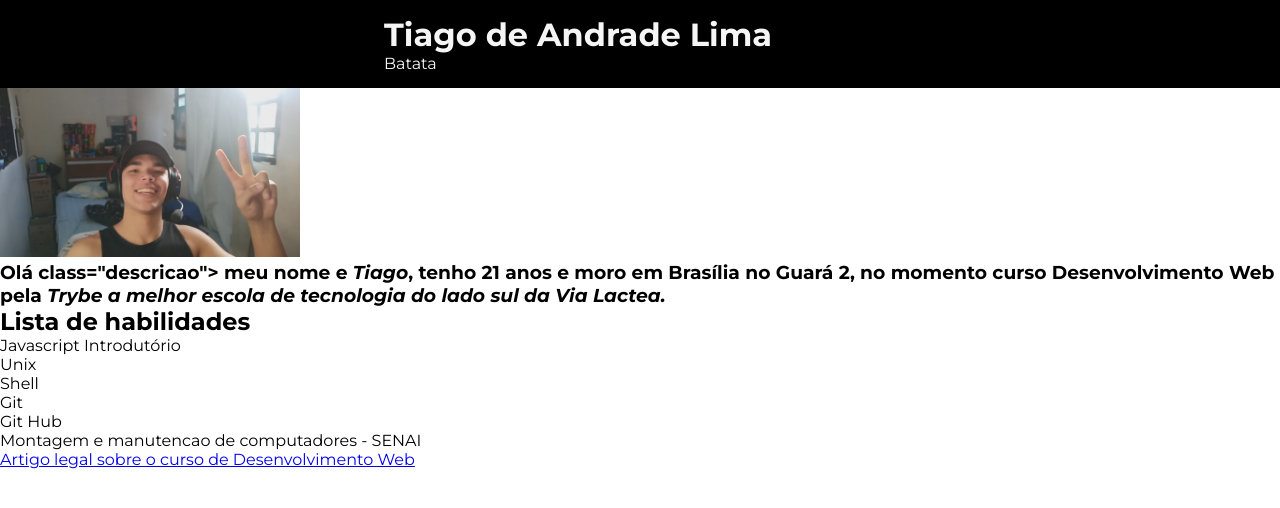
Repository: Batatiago/Batatiago.github.io
Page: index.html
The author's editor kept a copy of each file at every save. The page is drawn from the files as they stood at one save, then again after the next save.
The browser window is 1280 px wide. The pictures show the whole page.

Above is the page before, as saved 2023-06-29 11:03:01.

### index.html
<!DOCTYPE html>
<html lang="pt-br">

<head>
  <meta charset="UTF-8">
  <title>Tiago de Andrade Lima</title>
  <link rel="preconnect" href="https://fonts.googleapis.com">
  <link rel="preconnect" href="https://fonts.gstatic.com" crossorigin>
  <link
    href="https://fonts.googleapis.com/css2?family=Montserrat:ital,wght@0,100;0,200;0,300;0,400;0,500;0,600;0,700;0,800;0,900;1,100;1,200;1,300;1,400;1,500;1,600;1,700;1,800;1,900&display=swap"
    rel="stylesheet">
  <link rel="stylesheet" href="style.css">
</head>

<body>
  <div class="header-container">
    <div class="header">
      <h1 class="meuNome"> Tiago de Andrade Lima</h1>
      <p>Batata</p>
    </div>
  </div>
  <div class="resumo">
    <img id="foto" src="2023-06-23-160707.jpg" alt="Imagem de Tiago" width="300px">
    <h3>Olá class="descricao"> meu nome e <strong><em>Tiago</em></strong>, tenho 21 anos e moro em Brasília no Guará 2, no
      momento curso Desenvolvimento
      Web pela <strong><em>Trybe a melhor escola de tecnologia do lado sul da Via Lactea.</em></strong></h3>
  </div>
  <div>
    <h2>Lista de habilidades</h2>
    <ul>
      <li class="javascript">Javascript Introdutório</li>
      <li class="unix">Unix</li>
      <li class="shell">Shell</li>
      <li class="git">Git</li>
      <li class="gitHub">Git Hub</li>
      <li>Montagem e manutencao de computadores - SENAI</li>
    </ul>
  </div>
  <a href="https://blog.betrybe.com/carreira/frontend/" target="_blank">Artigo legal sobre o curso de Desenvolvimento
    Web</a>
</body>

</html>

### style.css
* {
    margin: 0;
    padding: 0;
    border: 0;
}

body {
    font-family: 'Montserrat', sans-serif;
}

.header-container {
    background-color: black;
    color: whitesmoke;
}

.header {
    padding: 15px 10px;
    width: 40%;
    margin: auto;
}

header h1{
    font-family: 'Times New Roman', Times, serif;
}
.resumo {
    display: inline-block;
}

After the next save:
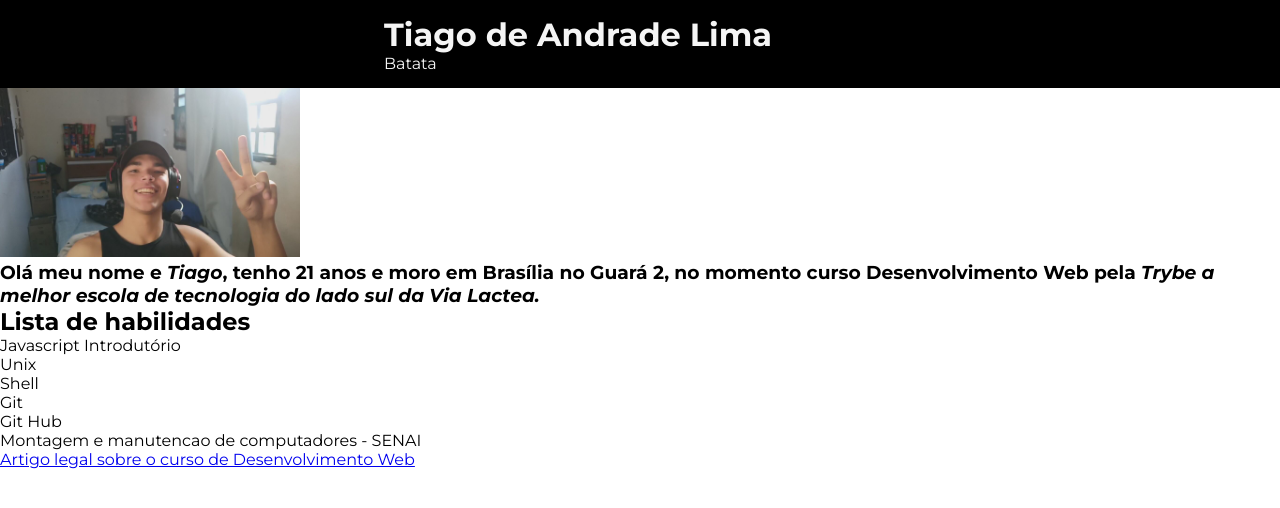
Saved 28 s later.
--- a/index.html
+++ b/index.html
@@ -21,7 +21,7 @@
   </div>
   <div class="resumo">
     <img id="foto" src="2023-06-23-160707.jpg" alt="Imagem de Tiago" width="300px">
-    <h3>Olá class="descricao"> meu nome e <strong><em>Tiago</em></strong>, tenho 21 anos e moro em Brasília no Guará 2, no
+    <h3 class="descricao">Olá meu nome e <strong><em>Tiago</em></strong>, tenho 21 anos e moro em Brasília no Guará 2, no
       momento curso Desenvolvimento
       Web pela <strong><em>Trybe a melhor escola de tecnologia do lado sul da Via Lactea.</em></strong></h3>
   </div>
